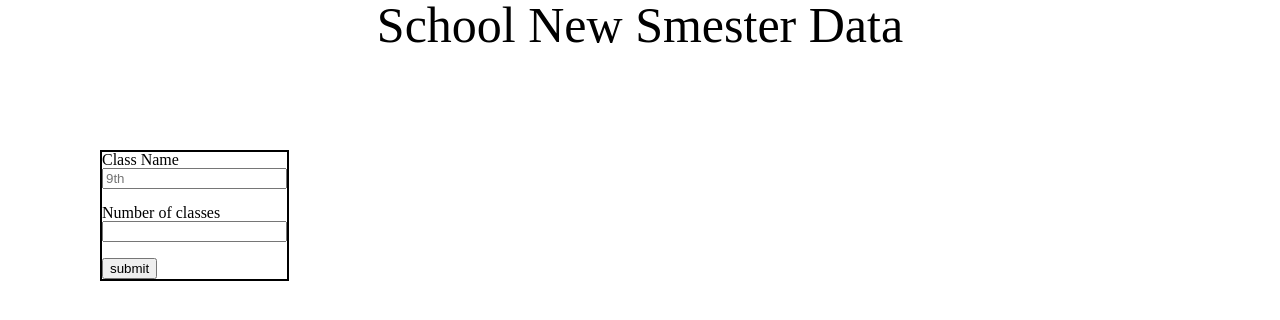
Repository: Razan-am/exam-practice
Page: index.html
An editor plug-in stored every save of this project. The page is shown before and after a run of saves, followed by the edit.
The browser window is 1280 px wide. The pictures show the whole page.

Above is the page before, as saved 2021-05-31 00:02:00.

After the next 2 saves:
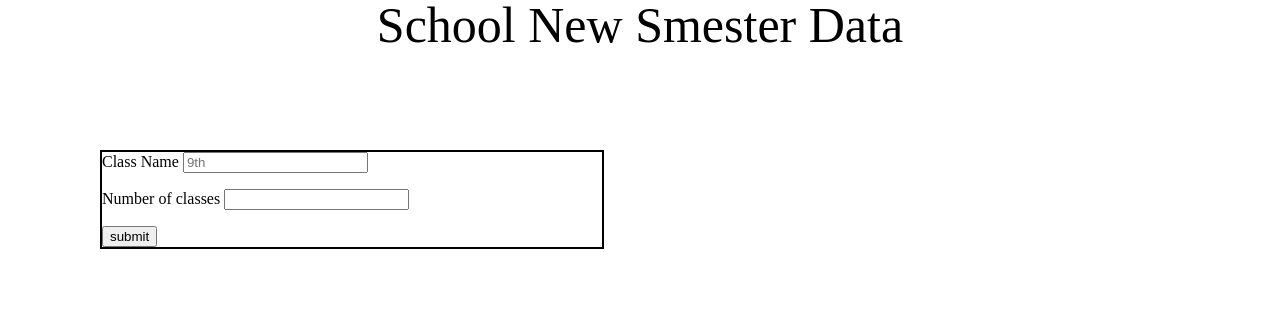
The 2 saves are shown as one change because they came seconds apart.
The last was saved 8 s later.
--- a/css/style.css
+++ b/css/style.css
@@ -12,7 +12,7 @@ form{
 fieldset{
     display: inline-block;
     border: 2px solid black;
-    width: 20px;
+    width: 500px;
 }
 
 table {
